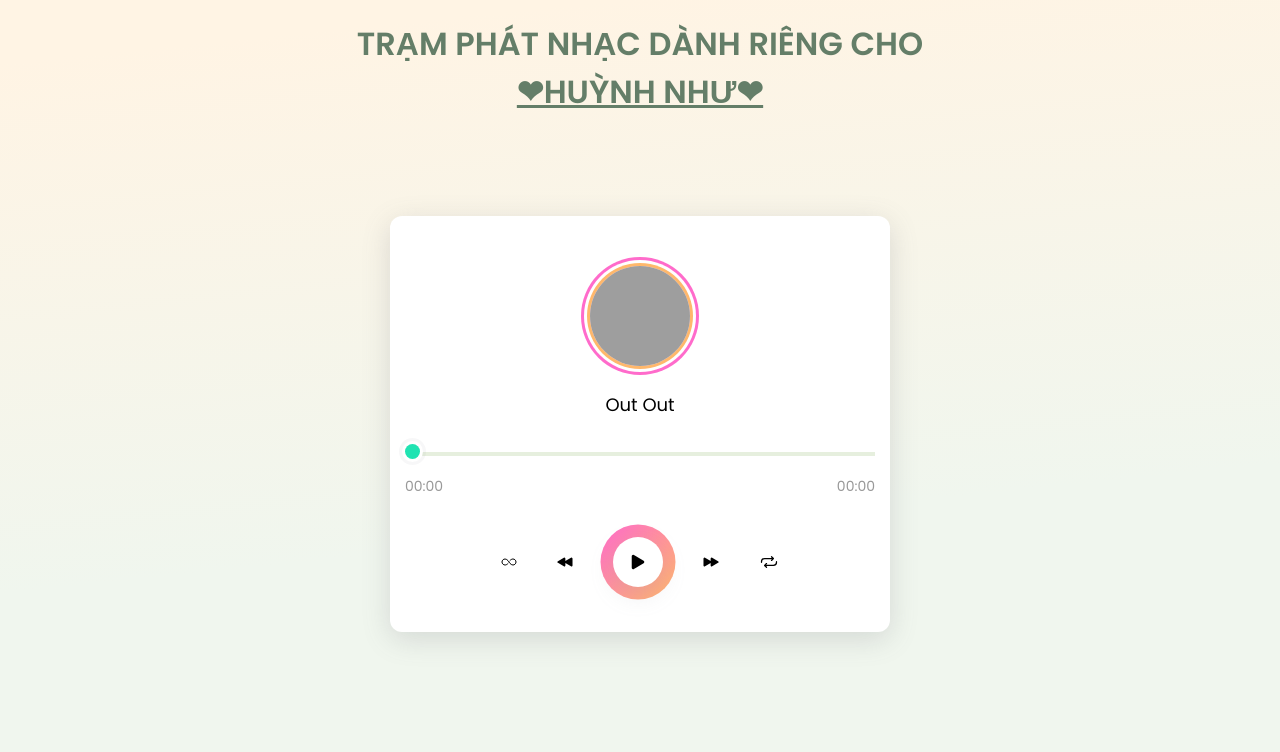
Repository: VuTuanAnh0949/Mp3
Page: index.html
These files come from the project's save history. The page is drawn as it stood at one moment and after the next save; the edit follows.
The browser window is 1280 px wide. The pictures show the whole page.
Pictures or frames that could not be fetched are drawn as grey boxes.

Above is the page before, as saved 2022-09-25 15:05:35.

After the next save:
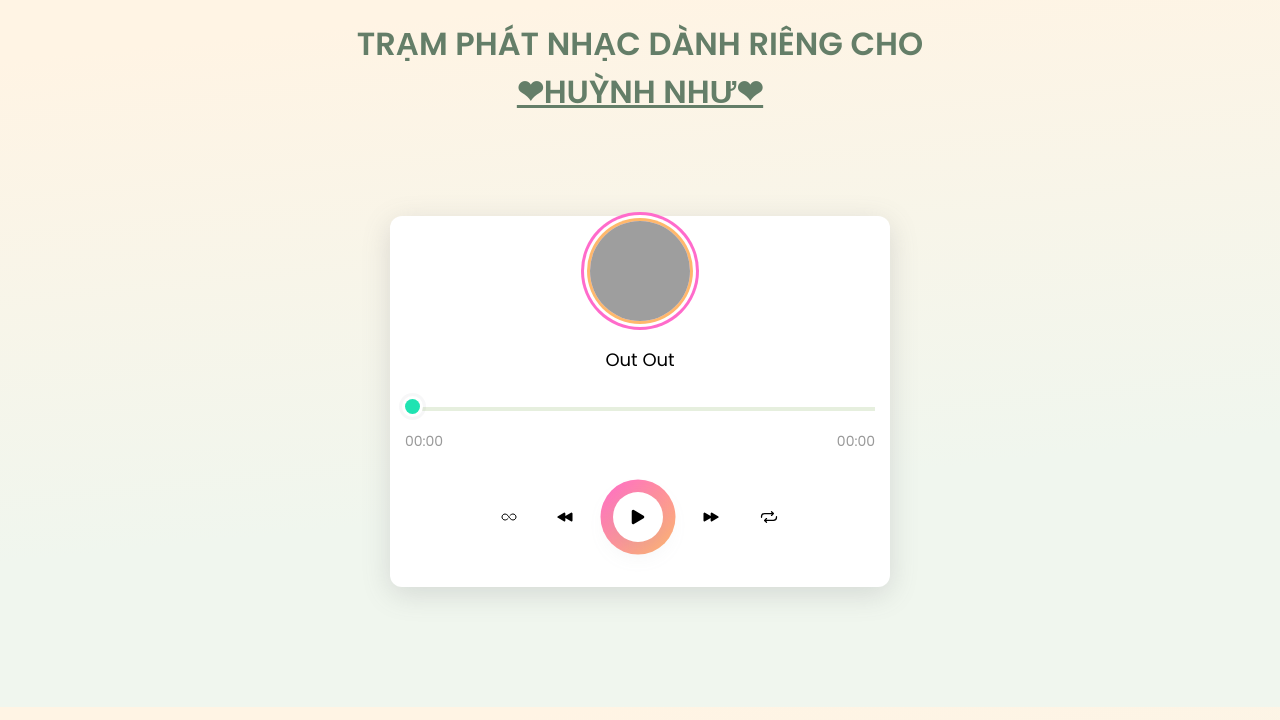
Saved 4 s later.
--- a/app.css
+++ b/app.css
@@ -53,7 +53,7 @@ html {
     border-radius: 12px;
     background-color: white;
     box-shadow: rgba(100, 100, 111, 0.2) 0px 7px 29px 0px;
-    padding: 50px 15px 45px;
+    padding: 5px 15px 45px;
   }
   .music-thumb {
     width: 100px;
